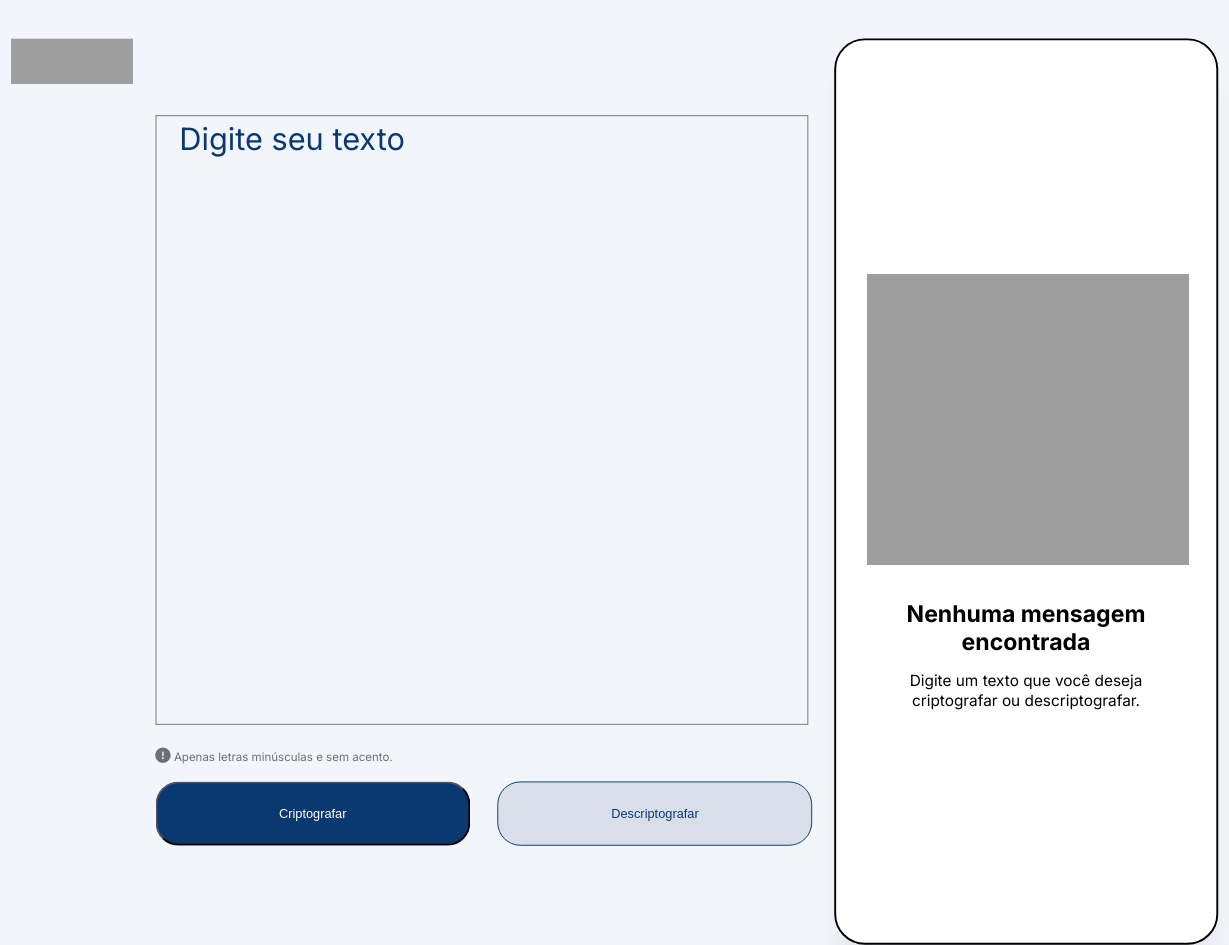
Repository: CarlosEduardoVdeOliveira/descodificador-de-texto
Page: index.html
These files come from the project's save history. The page is drawn as it stood at one moment and after the next save; the edit follows.
The browser window is 1280 px wide. The pictures show the whole page, at 96% of full size.
Pictures or frames that could not be fetched are drawn as grey boxes.

Above is the page before, as saved 2023-04-12 08:31:46.

After the next save:
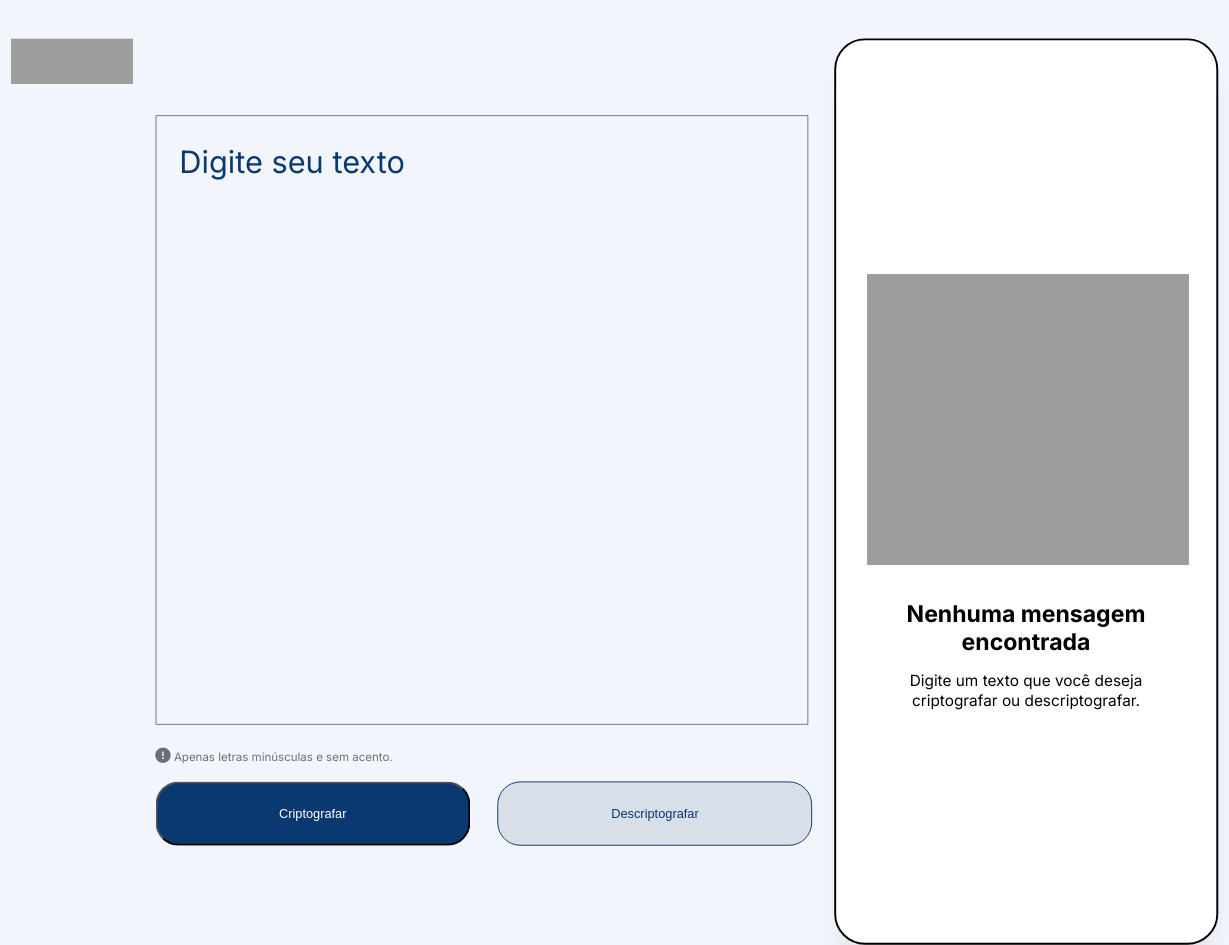
Saved 11 s later.
--- a/public/styles/index.css
+++ b/public/styles/index.css
@@ -49,7 +49,7 @@ textarea{
    color: var(--dark-blue-300);
    resize: none;
    margin-bottom: 1.5rem;
-   padding: 0 0 0 1.5rem;
+   padding: 1.5rem;
 }
 textarea:focus{
    outline: 0;
